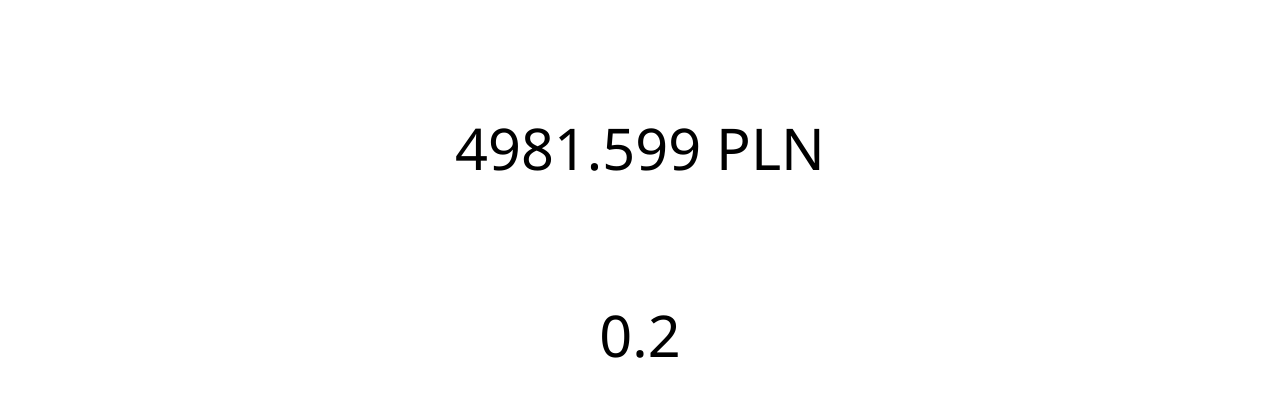
Repository: michalgornicki/bitcoin-virtual
Page: /
The author's editor kept a copy of each file at every save. The page is drawn from the files as they stood at one save, then again after the next save.
The browser window is 1280 px wide. The pictures show the whole page.
The project was rebuilt for these pictures with package versions that can differ from the ones it lists, and the page was loaded fresh each time.

Above is the page before, as saved 2021-12-05 20:35:11.

After the next save:
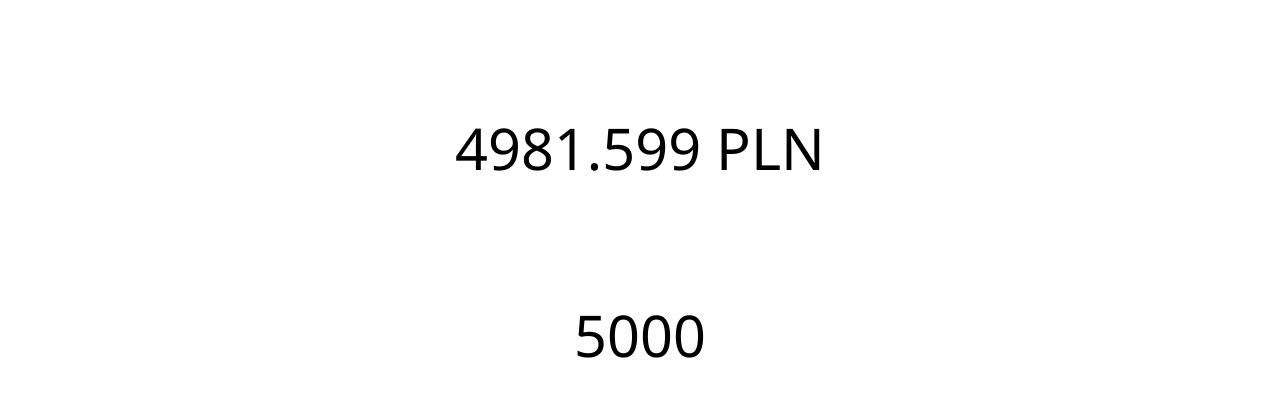
Saved 58 s later.
--- a/src/App.jsx
+++ b/src/App.jsx
@@ -13,7 +13,7 @@
 }
 
 const plnPrice = () => {
-  let pln = 1000/bitcoinPrice;
+  let pln = bitcoinPrice;
   document.getElementsByClassName("price")[1].innerHTML = pln;
 }
 

After the save that followed:
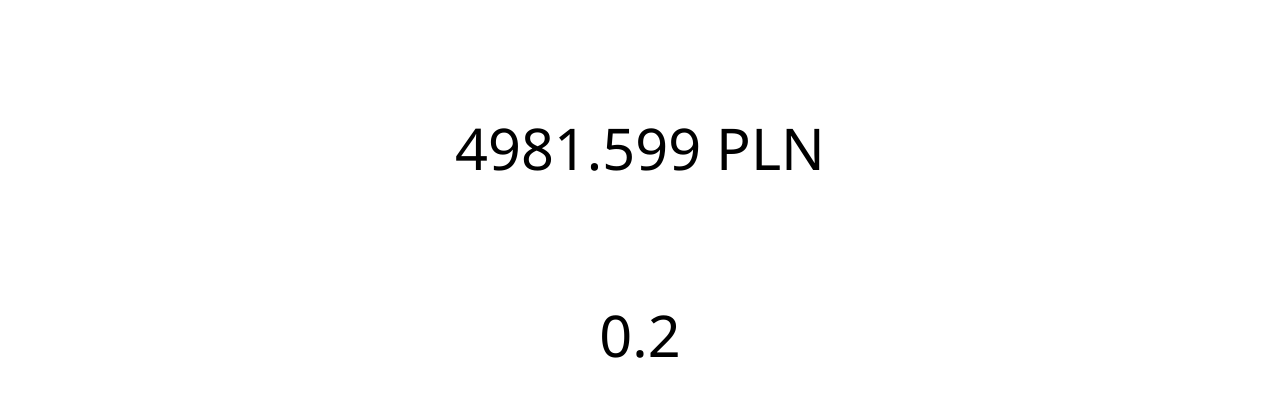
Saved 15 s later.
--- a/src/App.jsx
+++ b/src/App.jsx
@@ -13,7 +13,7 @@
 }
 
 const plnPrice = () => {
-  let pln = bitcoinPrice;
+  let pln = 1000/bitcoinPrice;
   document.getElementsByClassName("price")[1].innerHTML = pln;
 }
 
